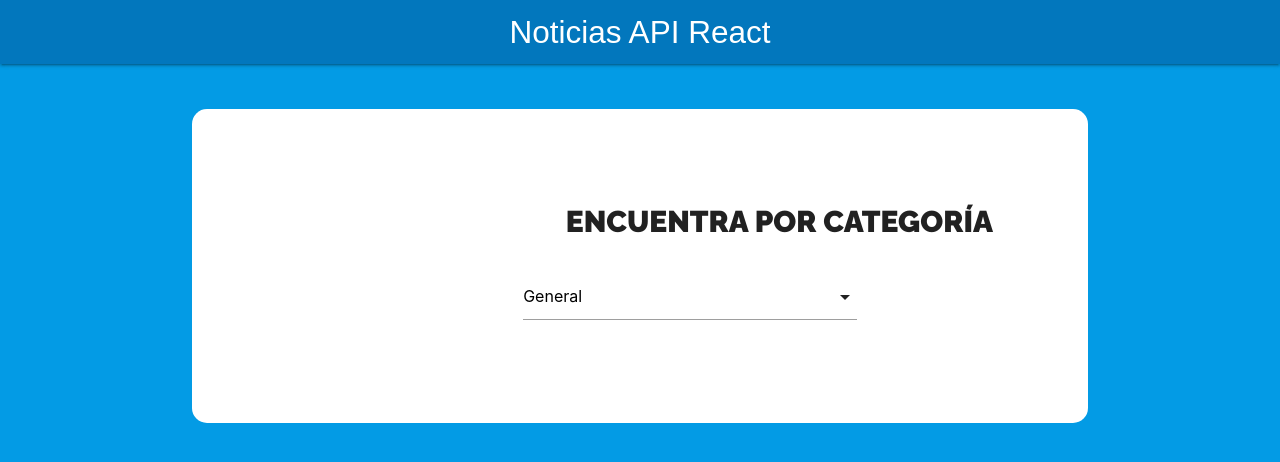
Repository: ppfeliuu/News-API-React
Page: /
The author's editor kept a copy of each file at every save. The page is drawn from the files as they stood at one save, then again after the next save.
The browser window is 1280 px wide. The pictures show the whole page.
The page's requests for data from a server got no answer. The project was rebuilt for these pictures with package versions that can differ from the ones it lists, and the page was loaded fresh each time. No one was signed in, and anything a server would have sent is missing. Also part of the build but not shown: src/components/Noticia.js.

Above is the page before, as saved 2019-06-19 11:22:56.

### public/index.html
<!DOCTYPE html>
<html lang="en">
  <head>
    <meta charset="utf-8" />
    <link rel="shortcut icon" href="%PUBLIC_URL%/favicon.ico" />
    <meta name="viewport" content="width=device-width, initial-scale=1" />
    <meta name="theme-color" content="#000000" />
    <!--
      manifest.json provides metadata used when your web app is installed on a
      user's mobile device or desktop. See https://developers.google.com/web/fundamentals/web-app-manifest/
    -->
    <link rel="manifest" href="%PUBLIC_URL%/manifest.json" />

    <link rel="stylesheet" href="https://cdnjs.cloudflare.com/ajax/libs/materialize/1.0.0/css/materialize.min.css">
    <link href="https://fonts.googleapis.com/css?family=Raleway:700,900" rel="stylesheet">
    <!--
      Notice the use of %PUBLIC_URL% in the tags above.
      It will be replaced with the URL of the `public` folder during the build.
      Only files inside the `public` folder can be referenced from the HTML.

      Unlike "/favicon.ico" or "favicon.ico", "%PUBLIC_URL%/favicon.ico" will
      work correctly both with client-side routing and a non-root public URL.
      Learn how to configure a non-root public URL by running `npm run build`.
    -->
    <title>React App</title>
  </head>
  <body>
    <noscript>You need to enable JavaScript to run this app.</noscript>
    <div id="root"></div>
    <!--
      This HTML file is a template.
      If you open it directly in the browser, you will see an empty page.

      You can add webfonts, meta tags, or analytics to this file.
      The build step will place the bundled scripts into the <body> tag.

      To begin the development, run `npm start` or `yarn start`.
      To create a production bundle, use `npm run build` or `yarn build`.
    -->
    <script src="https://cdnjs.cloudflare.com/ajax/libs/materialize/1.0.0/js/materialize.min.js"></script>
     <script>
      document.addEventListener('DOMContentLoaded', function() {
          var elements = document.querySelectorAll('select');
          M.FormSelect.init(elements);
      });
    </script>
  </body>
</html>

### src/index.css
body {
  margin: 0;
  padding: 0;
  font-family: sans-serif;
}

body {
  background-color: #039be5;
}
.card-content h3 {
  font-size: 1.4rem;
}
.row {
  display: flex;
  flex-wrap: wrap;
}
.contenedor-noticias {
  padding: 2rem;
  border-radius: 1rem;
  margin-top: 3rem;
}

.buscador {
  margin-top: 2rem;
  margin-bottom: 2rem;
  text-align: left;
}
.buscador label {
  font-size: 2rem;
  color: black;
}
.dropdown-content li>span {
  color: black;
}
.select-wrapper input.select-dropdown:focus {
  border-bottom: 1px solid #e64a19!important;
}
h2 {
  font-family: 'Raleway', sans-serif;
  font-weight: 900;
  font-size: 2rem;
  text-transform: uppercase;
  text-align: center;
}

.card-action .btn {
  width: 100%;
}
.enviar input[type="submit"] {
  width: 100%;
}

.fade-enter {
  opacity: 0;
  transform: scale(1.25);
}
.fade-enter.fade-enter-active {
  opacity: 1;
  transition: all .5s ease-in;
  transform: scale(1);
}

.fade-exit {
  opacity: 1;
  transform: scale(1.25);
}
.fade-exit.fade-exit-active {
  opacity: 0;
  transition: all .5s ease-in;
  transform: scale(1);
}

### src/App.js
import React, { Component, Fragment } from 'react';
import Header from './components/Header';
import ListaNoticias from './components/ListaNoticias'
import Formulario from './components/Formulario'

class App extends Component {
  state = {
    noticias: []
   }

  componentDidMount() {
    this.consultarNoticias();
  }

  consultarNoticias = async (categoria = 'general') => {
    const url = `https://newsapi.org/v2/top-headlines?country=us&category=${categoria}&apiKey=d366c02b66b04ee2bb3309e8e90df583`;

    const respuesta = await fetch(url);
    const noticias = await respuesta.json();

    this.setState({
      noticias: noticias.articles
    })
  }

  render() {
    return (
      <Fragment>
        <Header titulo="Noticias API React"/>
        <div className="container white contenedor-noticias">
            <Formulario
              consultarNoticias={this.consultarNoticias} />
            <ListaNoticias
              noticias={this.state.noticias}
            />
        </div>
      </Fragment>
    );
  }
}


export default App;

### src/components/Header.js
import React from 'react';

const Header = ({titulo}) => (
    <nav className="nav-wrapper light-blue darken-3">
        <a className="brand-logo center">{titulo}</a>

    </nav>
);

export default Header;

### src/components/ListaNoticias.js
import React from 'react';
import Noticia from './Noticia'

const ListaNoticias = ({noticias}) =>
(
    <div className="row">
        {noticias.map(noticia => (
            <Noticia
                key={noticia.url}
                noticia={noticia}
            />
        ))}
    </div>
);


export default ListaNoticias;

### src/components/Formulario.js
import React, { Component } from 'react';

class Formulario extends Component {
    state = {
        categoria: 'general'
     }

     cambiarCategoria = e => {
        this.setState({
            categoria: e.target.value
        }, () => {
            this.props.consultarNoticias(this.state.categoria);
        });
     }

    render() {
        return (
            <div className="buscador row">
                <div className="col s12 m8 offset-2">
                    <form >
                        <h2>Encuentra por categoría</h2>

                        <div className="input-field col s12 m8">
                            <select onChange={this.cambiarCategoria}>
                                <option value="general">General</option>
                                <option value="business">Business</option>
                                <option value="entertainment">Entertainment</option>
                                <option value="health">Health</option>
                                <option value="science">Science</option>
                                <option value="sports">Sports</option>
                                <option value="technology">Technology</option>
                            </select>
                        </div>
                    </form>
                </div>
            </div>
         );
    }
}

export default Formulario;

Loaded but not shown: src/index.js (common file); src/serviceWorker.js (common file)

After the next save:
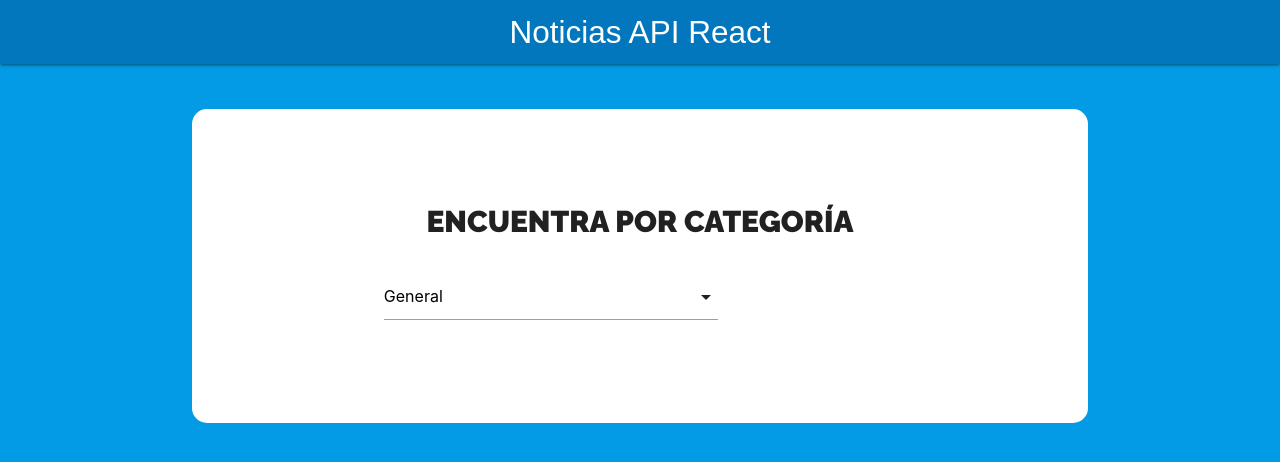
Saved 49 s later.
--- a/src/components/Formulario.js
+++ b/src/components/Formulario.js
@@ -16,7 +16,7 @@ class Formulario extends Component {
     render() {
         return (
             <div className="buscador row">
-                <div className="col s12 m8 offset-2">
+                <div className="col s12 m8 offset-m2">
                     <form >
                         <h2>Encuentra por categoría</h2>
 
